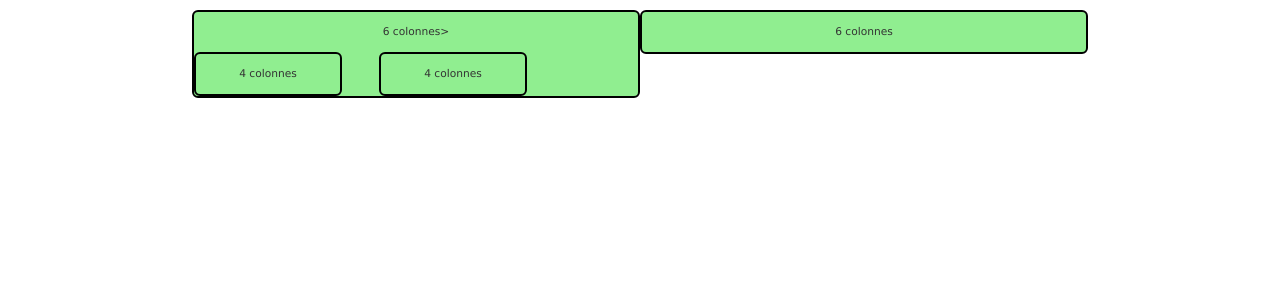
Repository: dridrii/COMPET-BLOC
Page: http://localhost/COMPET-BLOC/
An editor plug-in stored every save of this project. The page is shown before and after the next save, followed by the edit.
The browser window is 1280 px wide. The pictures show the whole page.
The page is served by Tomcat 9. Other server files are loaded and not shown.

Above is the page before, as saved 2015-07-11 16:29:02.

### COMPET-BLOC/WebContent/index.jsp
<!DOCTYPE html>
<html>
 <head>
    <link href="boostrap/dist/css/bootstrap.css" rel="stylesheet">
    <link href="inc/css/tuto.css" rel="stylesheet">
  </head>
  <body>
    <div class="container">
 		 <div class="row">
   			 <div class="col-md-6"> 6 colonnes>
   			 	<div class="row">
	    			<div class="col-md-4"> 4 colonnes</div>
	    			<div class="col-md-4 col-lg-offset-1"> 4 colonnes</div>
	    		</div>
    		</div>
    		<div class="col-md-6"> 6 colonnes</div>

		</div>
	</div>
  </body>
</html>

### COMPET-BLOC/WebContent/inc/css/tuto.css
.container {
	padding-right: 15px;
  	padding-left: 15px;
 	margin-right: auto;
  	margin-left: auto;
}

.row {
  margin-right: -15px;
  margin-left: -15px;
}


.navbar-default {
	background-color: #bfbfbf;
	border-color: #bfbfbf ;
}


.text{
	color: #333333;

}

.img-logo {
	height : 250px;
	width : auto;
}

/* Général ------------------------------------------------------------------------------------- */

body, p, legend, label, input {
    font: normal 8pt verdana, helvetica, sans-serif;
}

fieldset {
    padding: 10px;
    border: 1px #0568CD solid;
}

legend {
    font-weight: bold;
    color: #0568CD;
}

/* Forms --------------------------------------------------------------------------------------- */

form label {
    float: left;
    width: 200px;
    margin: 3px 0px 0px 0px;
}

form input {
    margin: 3px 3px 0px 0px;
    border: 1px #999 solid;
}

form input.sansLabel {
    margin-left: 200px;
}

form .requis {
    color: #c00;
}

body {
  padding-top: 10px;
}
[class*="col-"], footer {
  background-color: lightgreen;
  border: 2px solid black;
  border-radius: 6px;
  line-height: 40px;
  text-align: center;
}

@media (min-width: 768px) {
  .container {
    width: 70%;
  }
}
@media (min-width: 992px) {
  .container {
    width: 70%;
  }
}
@media (min-width: 1200px) {
  .container {
    width: 70%;
  }
}

Loaded but not shown: COMPET-BLOC/WebContent/WEB-INF/taglibs.jsp (common file); COMPET-BLOC/WebContent/boostrap/dist/css/bootstrap.css (library)

After the next save:
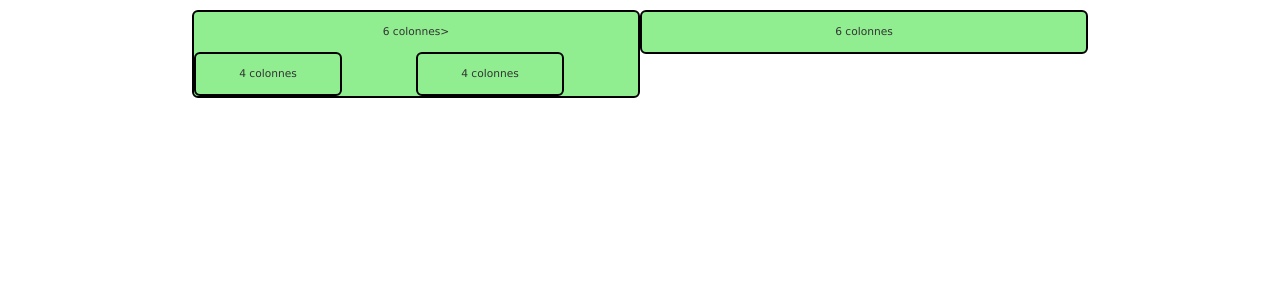
Saved 7 s later.
--- a/COMPET-BLOC/WebContent/index.jsp
+++ b/COMPET-BLOC/WebContent/index.jsp
@@ -10,7 +10,7 @@
    			 <div class="col-md-6"> 6 colonnes>
    			 	<div class="row">
 	    			<div class="col-md-4"> 4 colonnes</div>
-	    			<div class="col-md-4 col-lg-offset-1"> 4 colonnes</div>
+	    			<div class="col-md-4 col-lg-offset-2"> 4 colonnes</div>
 	    		</div>
     		</div>
     		<div class="col-md-6"> 6 colonnes</div>
